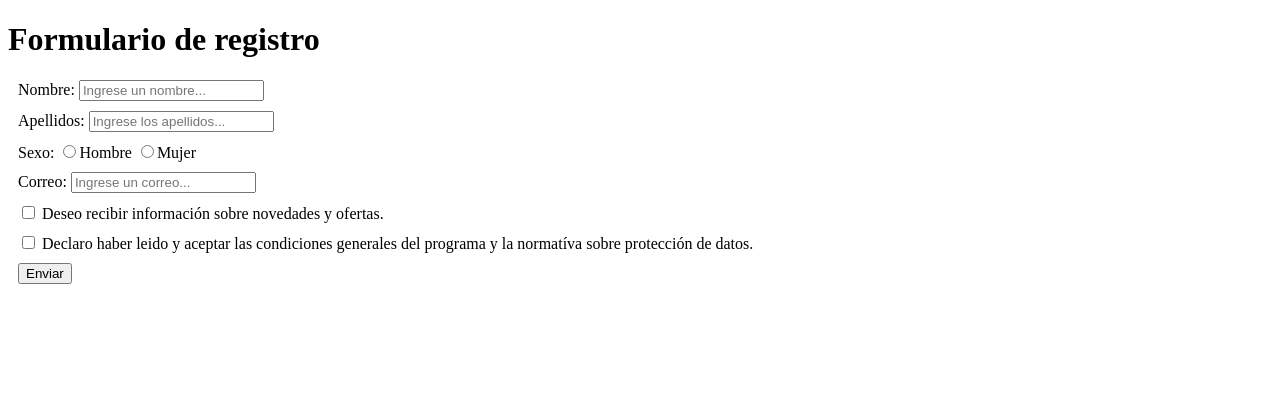
Repository: lucas-itup/Multimodal-AI-Dermatological-Diagnosis-System
Page: index.html
These files come from the project's save history. The page is drawn as it stood at one moment and after the next save; the edit follows.
The browser window is 1280 px wide. The pictures show the whole page.

Above is the page before, as saved 2022-05-11 15:01:09.

After the next save:
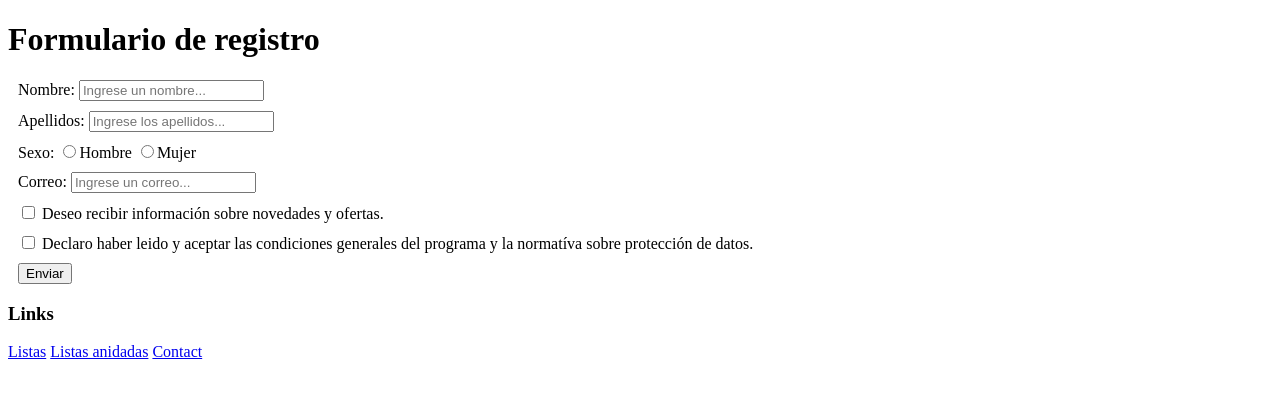
Saved 79 min 26 s later.
--- a/index.html
+++ b/index.html
@@ -39,8 +39,8 @@
                 <label for="novedades">Deseo recibir información sobre novedades y ofertas.</label>
             </div>
             <div class="margin">
-                <input name="novedades" id="novedades" type="checkbox">
-                <label for="novedades">Declaro haber leido y aceptar las condiciones generales del programa y la normatíva sobre protección de datos.</label>
+                <input name="programas" id="programas" type="checkbox">
+                <label for="programas">Declaro haber leido y aceptar las condiciones generales del programa y la normatíva sobre protección de datos.</label>
             </div>
             <div class="margin">
                 <button type="button" id="btn-enviar">Enviar</button>
@@ -48,5 +48,16 @@
         </form>
     </div>
 </body>
+<footer>
+
+    <div>
+        <h3>Links</h3>
+        <nav>
+            <a href="listas/listas.html">Listas</a>
+            <a href="listas/listasanidadas.html">Listas anidadas</a>
+            <a href="#">Contact</a>
+        </nav>
+    </div>
+</footer>
 
 </html>
